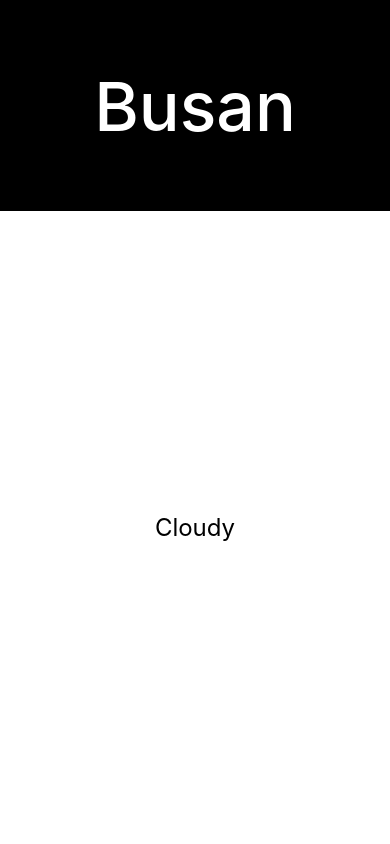
Repository: NewTurn2017/React-Native-Weather-App
Screen: /
The author's editor kept a copy of each file at every save. The screen is drawn from the files as they stood at one save, then again after the next save.
The app was drawn by React Native's web renderer in a window 390 px wide. The project was rebuilt for these pictures with package versions that can differ from the ones it lists, and the page was loaded fresh each time.

Above is the screen before, as saved 2023-04-21 10:48:23.

### App.js
import { StatusBar } from 'expo-status-bar'
import { View, Text, StyleSheet } from 'react-native'

export default function App() {
  return (
    <View style={styles.container}>
      <StatusBar style="light" />
      <View style={styles.city}>
        <Text style={styles.cityText}>Busan</Text>
      </View>
      <View style={styles.weather}>
        <Text style={styles.weatherText}>Cloudy</Text>
      </View>
    </View>
  )
}

const styles = StyleSheet.create({
  container: {
    flex: 1,
    backgroundColor: 'black',
  },
  city: {
    flex: 1,
    backgroundColor: 'black',
    alignItems: 'center',
    justifyContent: 'center',
  },
  cityText: {
    color: 'white',
    fontSize: 68,
    fontWeight: '500',
  },
  weather: {
    flex: 3,
    backgroundColor: 'white',
    alignItems: 'center',
    justifyContent: 'center',
  },
  weatherText: {
    color: 'black',
    fontSize: 24,
  },
})

After the next save:
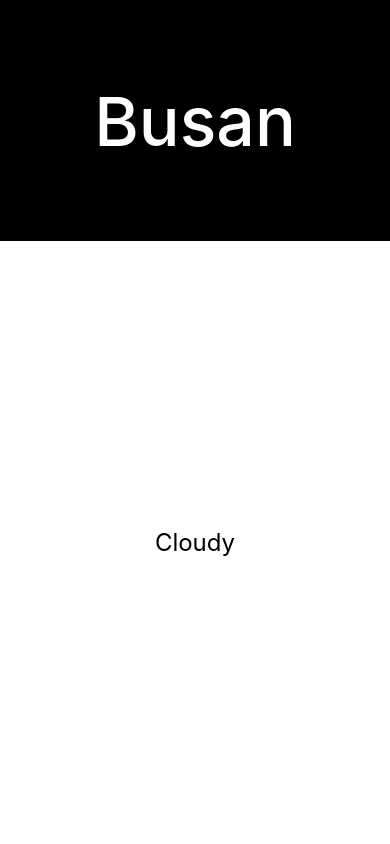
Saved 8 s later.
--- a/App.js
+++ b/App.js
@@ -21,7 +21,7 @@ const styles = StyleSheet.create({
     backgroundColor: 'black',
   },
   city: {
-    flex: 1,
+    flex: 1.2,
     backgroundColor: 'black',
     alignItems: 'center',
     justifyContent: 'center',
